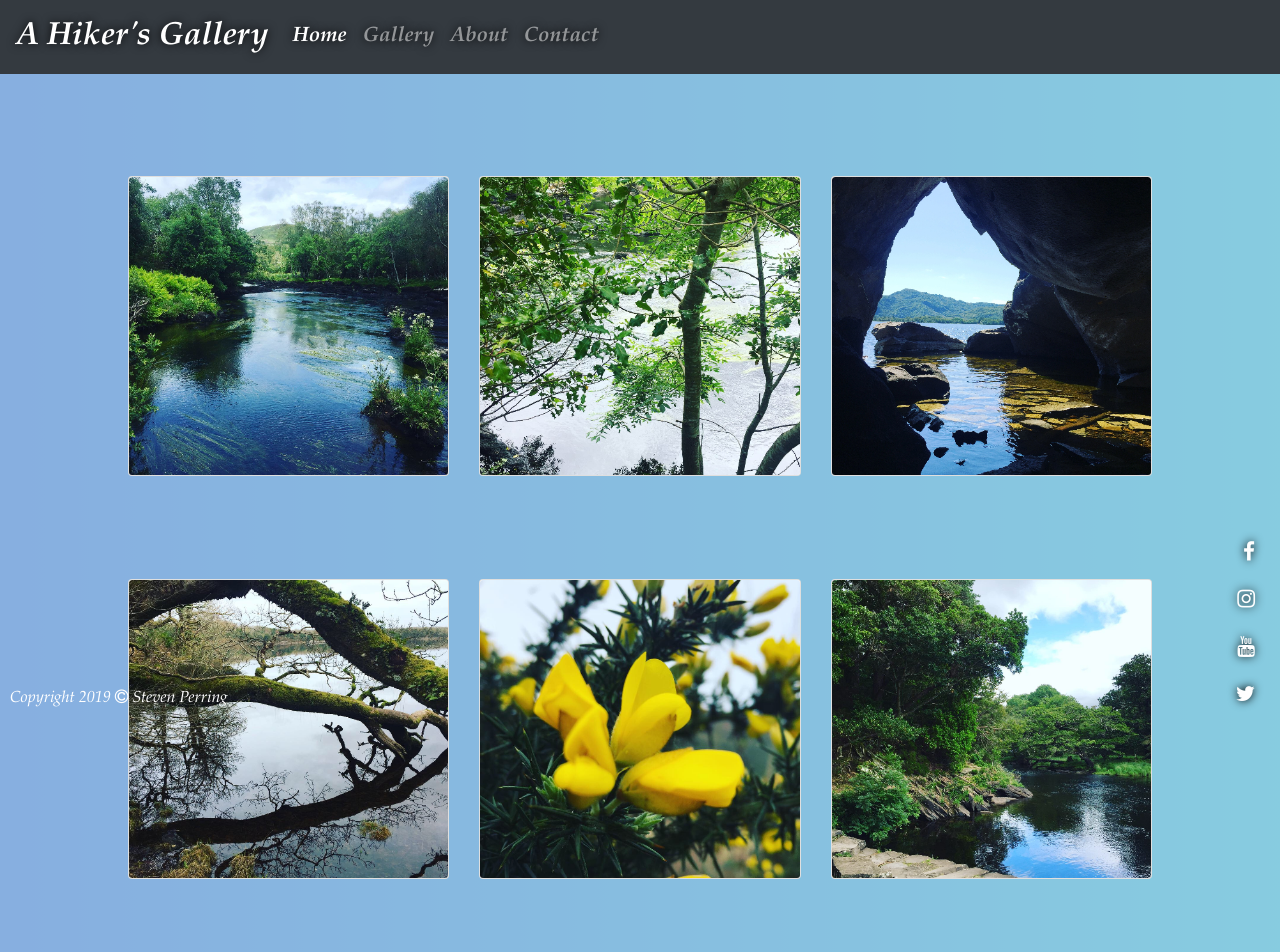
Repository: S-Perring/hiker
Page: gallery.html
The author's editor kept a record of every edit. The page is drawn from the files as they stood at one moment, then again after the next edit.
The browser window is 1280 px wide. The pictures show the part of the page from y = 0 to 952 px (the page is 2124 px tall).
The pointer rests on the first visible `.card`.
A picture or video elsewhere on the page could not be fetched, so the positions and the page height are approximate. Some web fonts or font styles are not loaded; a fallback is used.

Above is the page before.

### gallery.html
<!DOCTYPE html>
<html lang="en">
<head>
    <meta charset="UTF-8">
    <meta name="viewport" content="width=device-width, initial-scale=1.0">
    <meta http-equiv="X-UA-Compatible" content="ie=edge">
    <link rel="stylesheet" href="https://stackpath.bootstrapcdn.com/bootstrap/4.3.1/css/bootstrap.min.css" type="text/css" />
    <link rel="stylesheet" href="https://stackpath.bootstrapcdn.com/font-awesome/4.7.0/css/font-awesome.min.css" type="text/css" />
    <link rel="stylesheet" href="https://cdnjs.cloudflare.com/ajax/libs/font-awesome/4.7.0/css/font-awesome.min.css">
    <link rel="stylesheet" href="css/style.css" type="text/css" />
    <title>Hiker's Gallery</title>
</head>

<body>

<header>
  <nav class="navbar top navbar-expand-sm navbar-dark bg-dark scrolling-navbar">
    <a class="navbar-brand" href="#"><strong>A Hiker's Gallery</strong></a>
    <button class="navbar-toggler" type="button" data-toggle="collapse" data-target="#navbarSupportedContent"
      aria-controls="navbarSupportedContent" aria-expanded="false" aria-label="Toggle navigation">
      <span class="navbar-toggler-icon"></span>
    </button>
    <div class="collapse navbar-collapse" id="navbarSupportedContent">
      <ul class="navbar-nav">
        <li class="nav-item active">
          <a class="nav-link" href="index.html">Home <span class="sr-only">(current)</span></a>
        </li>
        <li class="nav-item">
          <a class="nav-link" href="gallery.html">Gallery</a>
        </li>
        <li class="nav-item">
          <a class="nav-link" href="about.html">About</a>
        </li>
        <li class="nav-item">
          <a class="nav-link" href="contact.html">Contact</a>
        </li>
      </ul>
    </div>
  </nav>

</header>

 <section class="gallerypage">
            <div class="container-gallery">

                <div class="card-deck">

                    <div class="card">
                        <img src="css/images/1.JPG" class="card-img-top"
                            alt="X">
                        </div>

                    <div class="card">
                        <img src="css/images/2.JPG" class="card-img-top"
                            alt="X">
                        </div>


                    <div class="card">
                        <img src="css/images/3.JPG" class="card-img-top"
                            alt="X">
                        </div>
                      </div>
                      </div>

                <div class="container-gallery">

                <div class="card-deck">

                    <div class="card">
                        <img src="css/images/4.JPG" class="card-img-top"
                            alt="X">
                        </div>

                    <div class="card">
                        <img src="css/images/7.JPG" class="card-img-top"
                            alt="X">
                        </div>


                    <div class="card">
                        <img src="css/images/6.JPG" class="card-img-top"
                            alt="X">
                        </div>
                      </div>
                    </div>


                                    <div class="container-gallery">

                <div class="card-deck">

                    <div class="card">
                        <img src="css/images/15.JPG" class="card-img-top"
                            alt="X">
                        </div>

                    <div class="card">
                        <img src="css/images/16.JPG" class="card-img-top"
                            alt="X">
                        </div>


                    <div class="card">
                        <img src="css/images/17.JPG" class="card-img-top"
                            alt="X">
                        </div>
                      </div>
                    </div>

                                    <div class="container-gallery">

                <div class="card-deck">

                    <div class="card">
                        <img src="css/images/9.JPG" class="card-img-top"
                            alt="X">
                        </div>

                    <div class="card">
                        <img src="css/images/10.JPG" class="card-img-top"
                            alt="X">
                        </div>


                    <div class="card">
                        <img src="css/images/11.JPG" class="card-img-top"
                            alt="X">
                        </div>
                      </div>
                    </div>

                                    <div class="container-gallery">

                <div class="card-deck">

                    <div class="card">
                        <img src="css/images/12.JPG" class="card-img-top"
                            alt="X">
                        </div>

                    <div class="card">
                        <img src="css/images/13.JPG" class="card-img-top"
                            alt="X">
                        </div>


                    <div class="card">
                        <img src="css/images/14.JPG" class="card-img-top"
                            alt="X">
                        </div>
                      </div>
                    </div>



     </section>





<footer class="fixed-bottom">
   <div class="container">
     <ul class="navbar-nav nav-flex-icons">
        <li class="nav-item" id="highlight">
          <a class="nav-link"><i class="fa fa-facebook"></i></a>
        </li>
        <li class="nav-item" id="highlight">
          <a class="nav-link"><i class="fa fa-instagram"></i></a>
        </li>
                <li class="nav-item" id="highlight">
          <a class="nav-link"><i class="fa fa-youtube"></i></a>
        </li>
                </li>
                <li class="nav-item" id="highlight">
          <a class="nav-link"><i class="fa fa-twitter"></i></a>
        </li>
      </ul>
   </div>
      <div class="copyright">Copyright 2019 <i class="fa fa-copyright"></i> Steven Perring</div>
</footer>

    <script src="https://code.jquery.com/jquery-3.3.1.slim.min.js"></script>
    <script src="https://cdnjs.cloudflare.com/ajax/libs/popper.js/1.14.7/umd/popper.min.js"></script>
    <script src="https://stackpath.bootstrapcdn.com/bootstrap/4.3.1/js/bootstrap.min.js"></script>

</body>

</html>

### css/style.css
@import url('https://fonts.googleapis.com/css?family=Garamond:100,200,300,400,500,600,700');


.nav-link {
    font-family: Garamond;
    font-style: italic;
    font-size: 1.3em;
    font-weight: bold;
    text-decoration: none;
}


.main-pic {
    background-image: url(../css/images/main.JPG);
    background-size: cover;
    max-width: 100%;
    height: 100vh;
    padding: 0;
    display: flex;
    align-items: center;
    justify-content: center;
    background-repeat: no-repeat;

}


.navbar-brand {
    font-family: Garamond;
    font-size: 2em;
    font-style: italic;
}

.explore {
    Background-color: rgba(195, 195, 195, 0.4);
    padding: 20%;
    border-radius: 50%;
    font-family: Garamond;
    text-align: center;
    font-style: italic;
    font-size: 2.5em;
    font-weight: bolder;
    color: #4B0082;

}


a {
    text-shadow: 0 0 10px black;
}

footer {
    padding-left: 10px;
    font-family: Garamond;
    font-style: italic;
    color: #fff;
    font-size: 1em;
}

a:hover {
  text-decoration: none;
  color: #fff;
  transition: 1.5s;

}


.icons {
    text-align: center;
}


.copyright {
    display: inline-block;
    margin-bottom: 10px;
    text-align: left;
    width: 60%;
    position: absolute;
    bottom: 0px;

}

#highlight:hover {
  text-decoration: none;
  color: #4B0082;
  cursor: pointer;
}

.container {
    float: right;
    margin: 0;
    width:5%;
    text-align: right;
    margin-right: 10px;

}






.about {
    Background-color: rgba(208, 208, 208, 0.65);
    padding: 10px;
    margin: 15%;
    border-radius: 10%;
    text-align: center;
    color: #4B0082;
    font-family: Garamond;
    font-style: italic;

}




/*------------------- contact form-------------------------*/


body{
    background: -webkit-linear-gradient(left, #0072ff, #00c6ff);

}
.contact-form{
    Background-color: rgba(208, 208, 208, 0.25);
    font-family: Garamond;
    font-style: italic;
    color: #4B0082;
    margin-top: 10%;
    border-radius: 10%;
    margin-bottom: 5%;
    width: 70%;
}
.contact-form .form-control{
    border-radius:1rem;
}

.contact-form form{
    padding: 14%;

}
.contact-form form .row{
    margin-bottom: -7%;

}
.contact-form h3{
    margin-bottom: 8%;
    margin-top: -10%;
    text-align: center;

}
.contact-form .btnContact {
    margin-right: 25%;
    font-family: Garamond;
    font-style: italic;
    border: none;
    border-radius: 1rem;
    padding: 3%;
    background: #4B0082;
    font-weight: 600;
    color: #fff;
    cursor: pointer;
}


.btnContactSubmit{

    color: #fff;
    background-color: #0062cc;
    border: none;
    cursor: pointer;
}

/*------------------- gallery-------------------------*/

.container-gallery {
    margin-top: 5%;
    margin-left: 10%;
    margin-right: 10%;
    font-family: Garamond;
    font-style: italic;
    text-align: center;
    color: #4B0082;
    padding: inherit;


}

.card {
    position: relative;
    float: left;
    width:  300px;
    height: 300px;
    overflow: hidden;



}

.gallerypage {
    Background-color: rgba(208, 208, 208, 0.65);
    padding-top: 1.5%;
    padding-bottom: 1.5%;

}

After the next edit:
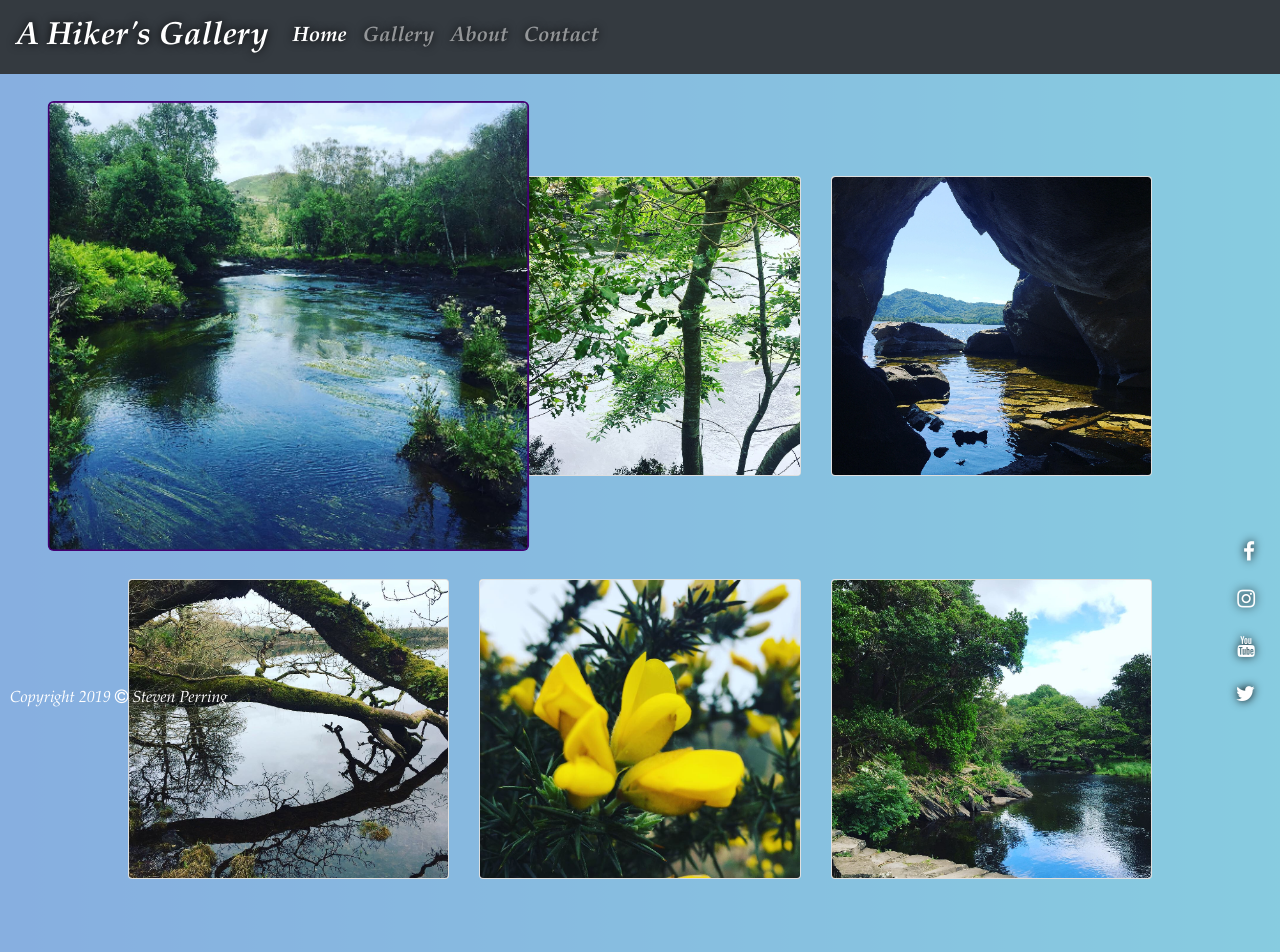
The edit:
--- a/css/style.css
+++ b/css/style.css
@@ -203,3 +203,12 @@ body{
     padding-bottom: 1.5%;
 
 }
+
+.card:hover {
+    cursor: pointer;
+    transform: scale(1.5);
+    transition: 1s;
+    z-index: 1;
+
+    background-color: #4B0082;
+}
